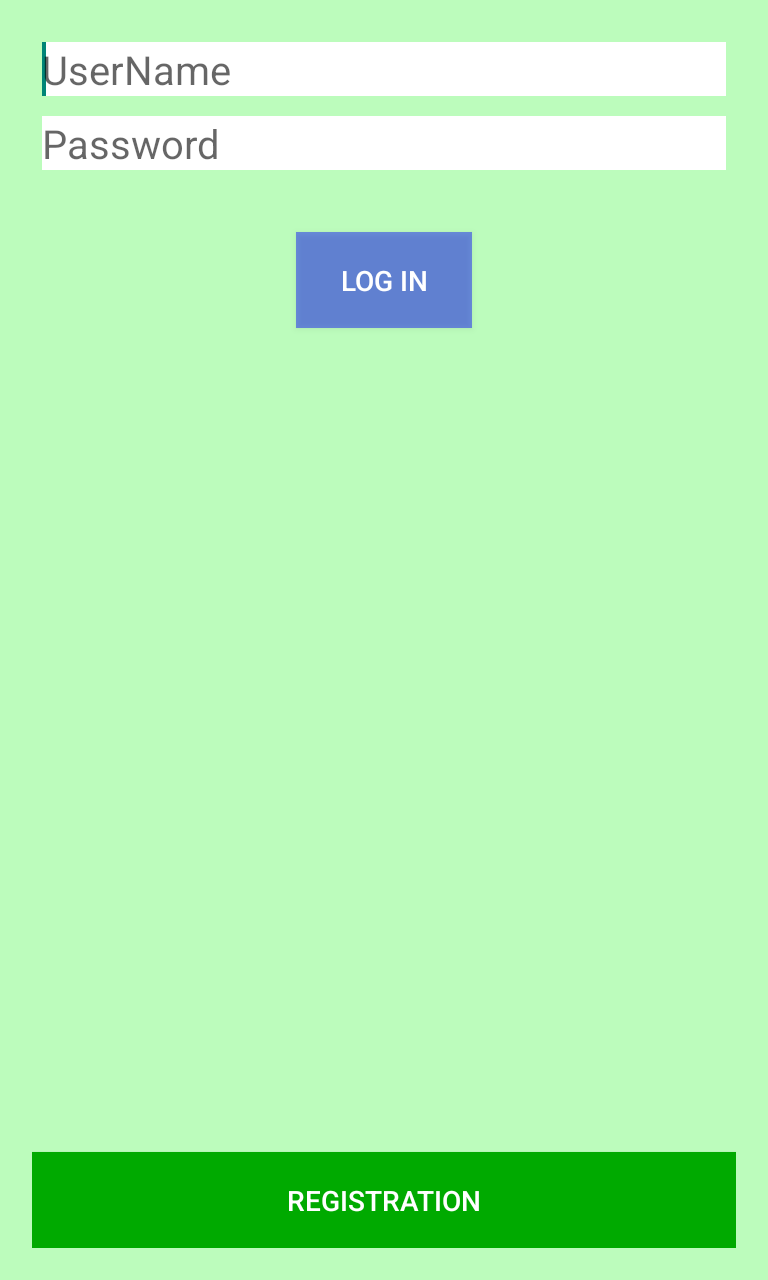
Repository: HarithaAmmuHari/Database
Layout: Database/res/layout/activity_login.xml
An editor plug-in stored every save of this project. The layout is shown before and after the next save, followed by the edit.
It is drawn on a 768 x 1280 px phone screen (xhdpi) without system bars, with theme AppTheme; the app's code is not run.

Above is the layout before, as saved 2015-05-12 05:50:40.

### Database/res/layout/activity_login.xml
<RelativeLayout xmlns:android="http://schemas.android.com/apk/res/android"
    xmlns:tools="http://schemas.android.com/tools"
    android:layout_width="match_parent"
    android:layout_height="match_parent"
    android:paddingBottom="@dimen/activity_vertical_margin"
    android:paddingLeft="@dimen/activity_horizontal_margin"
    android:paddingRight="@dimen/activity_horizontal_margin"
    android:paddingTop="@dimen/activity_vertical_margin"
    tools:context="com.example.database.LoginActivity"
    android:background="#4000ff00">

    <EditText
        android:id="@+id/editUser"
        android:layout_width="match_parent"
        android:layout_height="wrap_content"
        android:layout_margin="5dp"
        android:background="#fff"
        android:ems="10"
        android:hint="UserName"
        android:inputType="textEmailAddress"
        android:textSize="20sp" >

        <requestFocus />
    </EditText>

    <EditText
        android:id="@+id/editPass"
        android:layout_width="match_parent"
        android:layout_height="wrap_content"
        android:layout_below="@+id/editUser"
        android:layout_margin="5dp"
        android:background="#fff"
        android:ems="10"
        android:hint="Password"
        android:inputType="textPassword"
        android:textSize="20sp" />

    <Button
        android:id="@+id/button2"
        android:layout_width="match_parent"
        android:layout_height="wrap_content"
        android:layout_alignParentBottom="true"
        android:background="#00aa00"
        android:text="Registration"
        android:textColor="#ffffff"
        android:onClick="registerNewUser"/>

    <Button
        android:id="@+id/button1"
        android:layout_below="@+id/editPass"
        android:layout_width="wrap_content"
        android:layout_height="wrap_content"
        android:layout_centerHorizontal="true"
        android:layout_marginTop="26dp"
        android:background="#700000ff"
        android:text="Log in"
        android:onClick="loginUser"
        android:textColor="#ffffff" />

</RelativeLayout>

Loaded but not shown: Database/res/values/styles.xml (common file); Database/res/values-v11/styles.xml (common file); Database/res/values-v14/styles.xml (common file); Database/res/values/dimens.xml (common file); Database/res/values-w820dp/dimens.xml (common file)

After the next save:
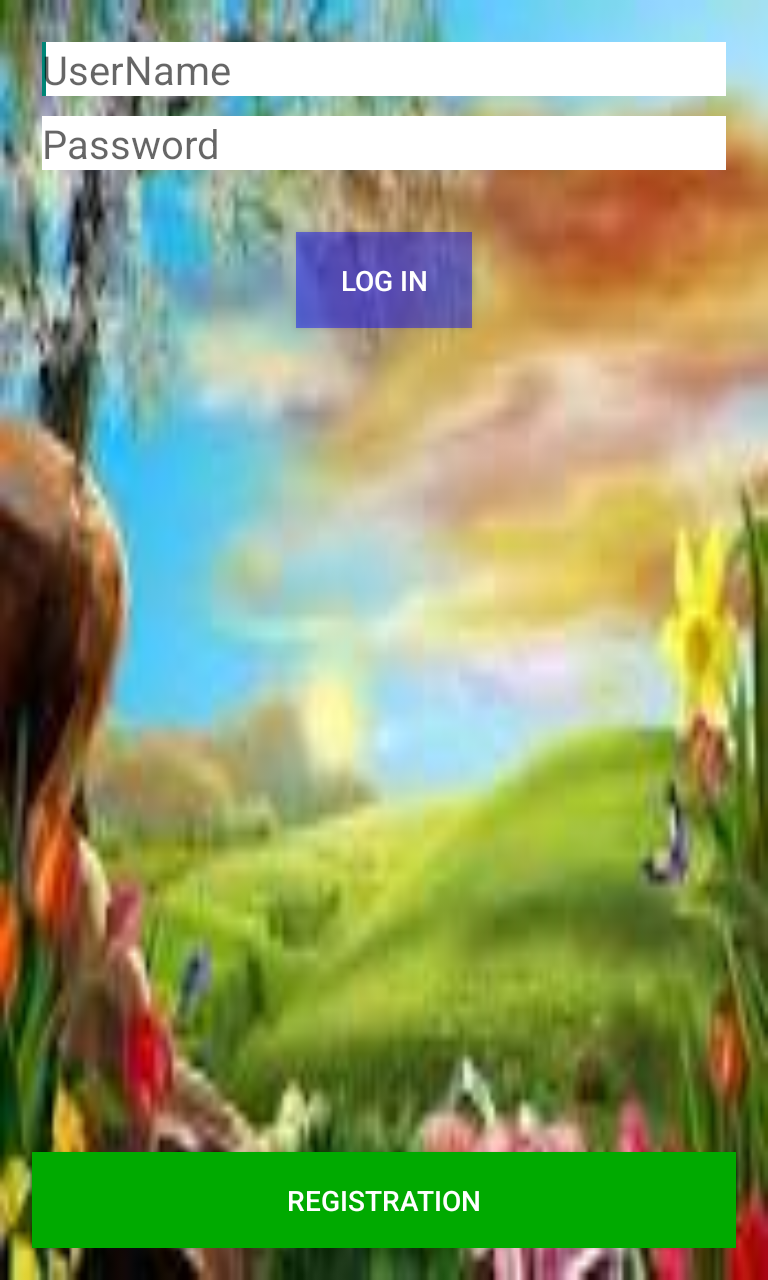
Saved 28 s later.
--- a/Database/res/layout/activity_login.xml
+++ b/Database/res/layout/activity_login.xml
@@ -7,7 +7,7 @@
     android:paddingRight="@dimen/activity_horizontal_margin"
     android:paddingTop="@dimen/activity_vertical_margin"
     tools:context="com.example.database.LoginActivity"
-    android:background="#4000ff00">
+    android:background="@drawable/download">
 
     <EditText
         android:id="@+id/editUser"
